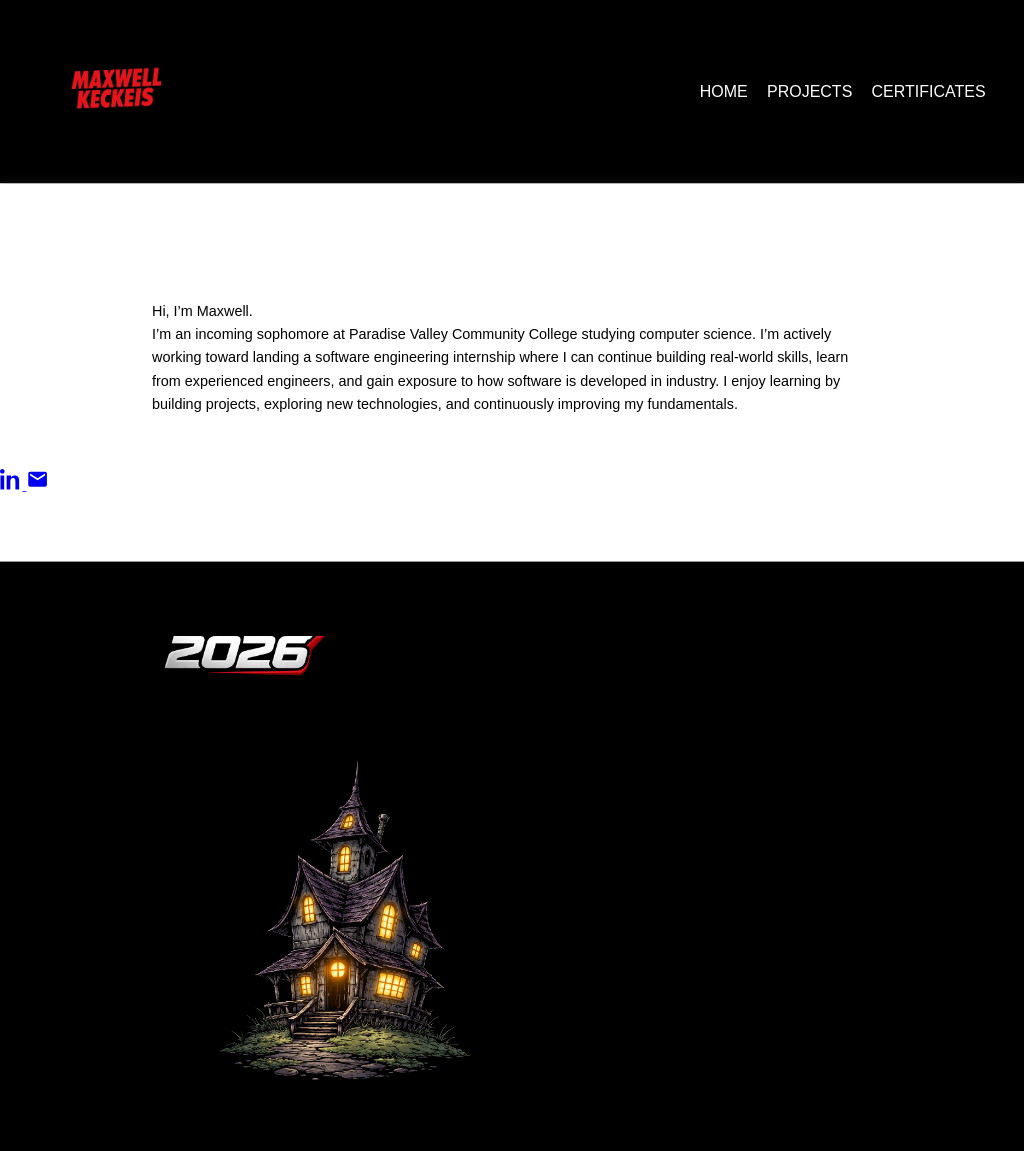
Repository: Maxwell-Keckeis/Maxwell-Keckeis.github.io
Page: index.html
These files come from the project's save history. The page is drawn as it stood at one moment and after the next save; the edit follows.
The browser window is 1280 px wide. The pictures show the whole page, at 80% of full size.
Some web fonts or font styles are not loaded; a fallback is used.

Above is the page before, as saved 2026-02-07 15:53:07.

### index.html
<!DOCTYPE html>
<html lang="en">
   <head>
      <meta charset="UTF-8">
      <meta name="viewport" content="width=device-width, initial-scale=1.0">
      <title>MEK</title>

      <link rel="preconnect" href="https://fonts.googleapis.com">
      <link rel="preconnect" href="https://fonts.gstatic.com" crossorigin>
      <link href="https://fonts.googleapis.com/css2?family=Anton+SC&display=swap" rel="stylesheet">

      <link rel="stylesheet" href="css/styles.css">
   </head>

   <body>
        <header>
            <div class="header-inner">

                <a href="./index.html">
                    <img src="./assets/images/max_logo.png" alt="logo for max" width="200" height="200">
                </a>

                <nav>
                    <a href="./index.html">HOME</a>
                    <a href="./projects.html">PROJECTS</a>
                    <a href="./certificates.html">CERTIFICATES</a>
                </nav>
            </div>
        </header>

        <main>
            <section class="section">
                <div class="content">
                        <p>
                            Hi, I’m Maxwell.
                            <br>
                            I’m an incoming sophomore at Paradise Valley Community College studying computer science.
                            I’m actively working toward landing a software engineering internship where I can continue
                            building real-world skills, learn from experienced engineers, and gain exposure to how
                            software is developed in industry. I enjoy learning by building projects, exploring new
                            technologies, and continuously improving my fundamentals.
                        </p>
                </div>

                <div class="contact-icons">
                    <!-- LinkedIn -->
                    <a href="https://www.linkedin.com/in/YOUR-HANDLE" aria-label="LinkedIn profile" target="_blank" rel="noopener noreferrer">
                        <svg viewBox="0 0 24 24" width="28" height="28" role="img" aria-hidden="true">
                        <path fill="currentColor" d="M4.98 3.5C4.98 4.88 3.87 6 2.5 6S0 4.88 0 3.5 1.12 1 2.5 1 4.98 2.12 4.98 3.5ZM.5 8H4.5V23H.5V8ZM8 8H11.8V10.1H11.85C12.38 9.12 13.68 8.1 15.6 8.1C19.7 8.1 20.5 10.7 20.5 14.1V23H16.5V14.9C16.5 13 16.47 10.6 14 10.6C11.5 10.6 11.1 12.6 11.1 14.8V23H7.1V8H8Z"/>
                        </svg>
                    </a>

                    <!-- Email -->
                    <a href="mailto:youremail@example.com" aria-label="Send me an email">
                        <svg viewBox="0 0 24 24" width="28" height="28" role="img" aria-hidden="true">
                        <path fill="currentColor" d="M20 4H4C2.9 4 2 4.9 2 6v12c0 1.1.9 2 2 2h16c1.1 0 2-.9 2-2V6c0-1.1-.9-2-2-2zm0 4-8 5L4 8V6l8 5 8-5v2z"/>
                        </svg>
                    </a>
                </div>
            </section>

            <article>
                <br>
                <img
                    src="./assets/images/2026_img.png" alt="image of 2026" width="300" height="300"
                    style="transform: translateX(clamp(-100px, -8vw, 0px));"
                >
                <br>

                <a class="project-card" href="./projects.html">
                    <img src="assets/images/crooked-house-img.png" alt="Crooked House project screenshot" width="350" height="500">

                    <div class="overlay">
                        <h3>Crooked House</h3>
                        <p>C++ ASCII adventure game</p>
                    </div>
                </a>
            </article>
        </main>
   </body>
</html>

### css/styles.css


.anton-sc-regular {
    font-family: "Anton SC", sans-serif;
    font-weight: 400;
    font-style: normal;
}

body {
    background-color: black;
    margin: 0;
}
header {
    display: flex;
    align-items: center;
    gap: 20px;
    padding: 48px;
    background-color: rgba(0, 0, 0, 0.55);
    backdrop-filter: blur(6px);
    -webkit-backdrop-filter: blur(6px);
    position: sticky;
    top: 0;
    z-index: 1000;
}

.header-inner {
    max-width: 1200px;
    margin: 0 auto;
    display: flex;
    align-items: center;
    width: 100%;
}

h1 {
    margin: 0;
}

nav {
    margin-left: auto;
}

nav a {
    font-family: 'Anton SC', sans-serif;
    font-size: 20px;
    color: white;
    text-decoration: none;
    margin-left: 20px;
    position: relative;
}

nav a::after {
    content: "";
    position: absolute;
    left: 0;
    bottom: -10px;
    width: 100%;
    height: 2px;
    background-color: red;
    opacity: 0;
}
nav a:hover::after {
    opacity: 1;
}

article {
    padding: 0 1rem;
    box-sizing: border-box;
    max-width: 800px;
    margin: 0 auto;
    font-family: 'Anton SC', sans-serif;
    font-size: 15px;
    color: white;
}

img {
    max-width: 100%;
    height: auto;
    display: block;
}

.project-card {
  position: relative;
  display: inline-block;
  width: 350px;
  height: 500px;
  overflow: hidden;
  text-decoration: none;
  background: black; /* fallback when image fades */
}

.project-card img {
  width: 100%;
  height: 100%;
  object-fit: cover;
  display: block;
  transition: opacity 300ms ease;
}

/* overlay container */
.project-card .overlay {
  position: absolute;
  inset: 0; /* shorthand for top/left/right/bottom: 0 */

  display: flex;
  flex-direction: column;
  justify-content: center;
  align-items: center;

  color: white;
  text-align: center;

  opacity: 0;
  transform: translateY(30px);
  transition: opacity 300ms ease, transform 300ms ease;
}

/* hover behavior */
.project-card:hover img {
  opacity: 0;
}

.project-card:hover .overlay {
  opacity: 1;
  transform: translateY(0);
}

/* FULL-WIDTH WHITE BACKGROUND */
.section {
  font-family: "Anton SC", sans-serif;
  font-size: 18px;   /* try 18–20px */
  line-height: 1.6;  /* improves readability */
  background: white;
  width: 100%;
  padding: 80px 0;   /* vertical spacing only */
}

/* CENTERED CONTENT BLOCK */
.content {
  color: black;
  max-width: 900px;
  margin: 0 auto;    /* centers content */
  padding: 48px;
}

/* MOBILE */
@media (max-width: 600px) {
  .section {
    padding: 40px 0;
  }

  .content {
    padding: 24px 16px;
  }
}
:root{
  --title-band-gap: 120px;   /* tweak this until it feels like ~150% */
  --content-max: 900px;      /* match your about-content width */
}

/* reusable band */
.title-band{
  background: black;
  width: 100%;
  padding-top: var(--title-band-gap);
  padding-bottom: 32px;
}

.title-band__inner{
  max-width: var(--content-max);
  margin: 0 auto;
  padding: 0 16px;
  display: flex;
}

.title-band--right  .title-band__inner{ justify-content: flex-end; }
.title-band--center .title-band__inner{ justify-content: center; }
.title-band--left   .title-band__inner{ justify-content: flex-start; }

.title-band__title{
  font-family: "Anton SC", sans-serif;
  color: white;
  margin: 0;
  line-height: 1;
  font-size: 40px;
  letter-spacing: 0.45em;
  text-transform: uppercase;
}

.contact-icons {
  color: red;
}

After the next save:
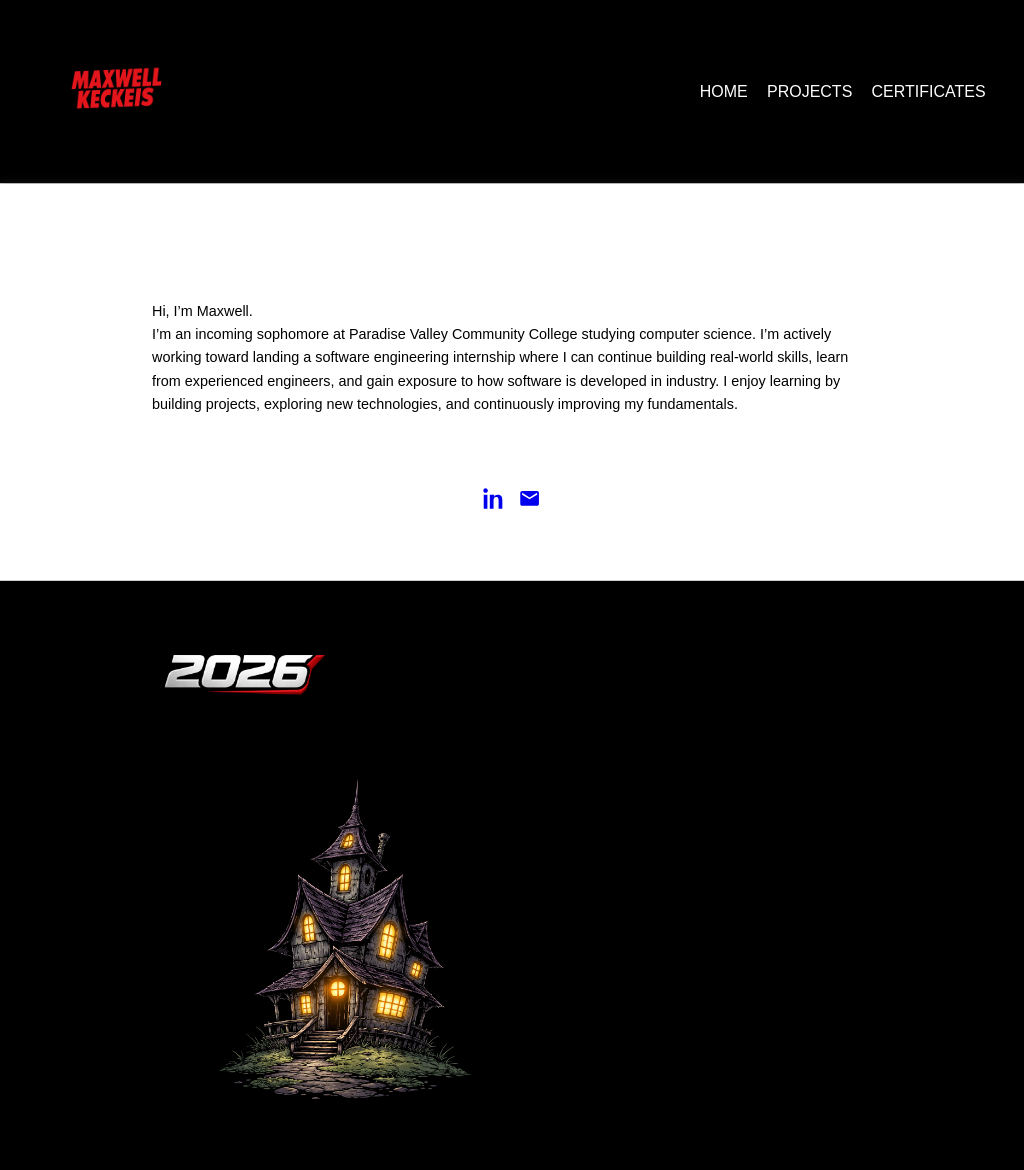
Saved 115 s later.
--- a/css/styles.css
+++ b/css/styles.css
@@ -188,4 +188,8 @@
 
 .contact-icons {
   color: red;
+  display: flex;
+  justify-content: center;
+  gap: 16px;
+  margin-top: 24px;
 }
